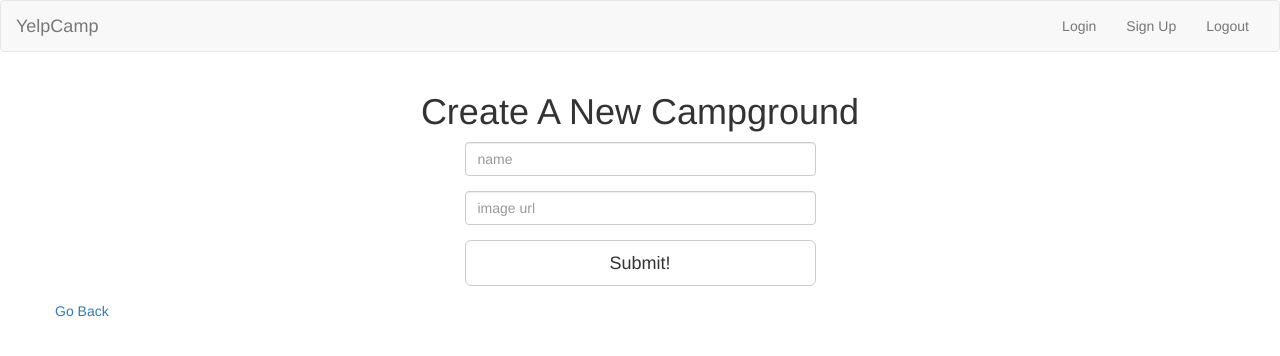
Repository: demioke/web-development-bootcamp
Page: http://localhost/campgrounds/new
The author's editor kept a record of every edit. The page is drawn from the files as they stood at one moment, then again after the next edit.
The browser window is 1280 px wide. The pictures show the whole page.
The page is served by the project's Node server (YelpCamp/v1/app.js).

Above is the page before.

### YelpCamp/v1/views/new.ejs
<% include partials/header %>

<div class="container">
    <div class="row">
        <h1 style="text-align: center;">Create A New Campground</h1>
        <div style="width: 30%; margin: 0 auto;">
            <form action="/campgrounds" method="POST">
                <div class="form-group"> <!--Groups forms but gives us space between each line-->
                    <input class="form-control" type="text" name="name" placeholder="name">
                </div>
                <div class="form-group"> <!--Groups forms but gives us space between each line-->
                    <input class="form-control" type="text" name="image" placeholder="image url">
                </div>
                <div class="form-group"> <!--Groups forms but gives us space between each line-->
                    <button class="btn btn-lg btn-default btn-block">Submit!</button>
                </div>
            </form>
        </div>

        <a href="/campgrounds">Go Back</a>
    </div>
</div>


<% include partials/footer %>

### YelpCamp/v1/views/partials/header.ejs
<!DOCTYPE html>
<html>
    <head>
        <title>YelpCamp</title>
        <link rel="stylesheet" href="https://stackpath.bootstrapcdn.com/bootstrap/3.3.5/css/bootstrap.min.css">
    </head>
    <body>

    <nav class="navbar navbar-default">
        <div class="container-fluid">
            <div class="navbar-header">
                <a class="navbar-brand" href="/">YelpCamp</a>
            </div>
            <div class="collapse navbar-collapse">
                <ul class="nav navbar-nav navbar-right">
                    <li><a href="/">Login</a></li>
                    <li><a href="/">Sign Up</a></li>
                    <li><a href="/">Logout</a></li>
                </ul>
            </div>
        </div>
    </nav>

### YelpCamp/v1/views/partials/footer.ejs
     </body>
</html>

### YelpCamp/v1/app.js
var express = require("express");
var app = express();
var bodyParser = require("body-parser");

app.use(bodyParser.urlencoded({extended: true}));
app.set("view engine", "ejs");

var campgrounds = [
        {name: "Salmon Creek", image:"https://farm9.staticflickr.com/8041/7930201874_6c17ed670a.jpg"},
        {name: "Granite Hill", image:"https://farm8.staticflickr.com/7205/7121863467_eb0aa64193.jpg"},
        {name: "Mountain Goat's Rest", image:"https://pixabay.com/get/e83db50929f0033ed1584d05fb1d4e97e07ee3d21cac104497f9c67eafe4b1be_340.jpg"}
];

app.get("/", function(req, res) {
    res.render("landing");
});

app.get("/campgrounds", function(req, res) {
    res.render("campgrounds", {campgrounds: campgrounds});
});

app.post("/campgrounds", function(req, res) {
    //get data from form and add to campgrounds array
    var name = req.body.name;  //body-parser allows us to obtain the body req as an object. ".name" is the name attr in form on new.ejs
    var image = req.body.image;
    var newCampground = {name: name, image: image}; //creating new campground object
    campgrounds.push(newCampground); //adding new campground to campgrounds array
    //redirect back to campgrounds page
    res.redirect("/campgrounds"); //redirects as get request
});

app.get("/campgrounds/new", function(req, res) {
    res.render("new.ejs"); //form for adding new campgrounds
});




app.listen(process.env.PORT, process.env.IP, function() {
    console.log("The YelpCamp Server has started");
});

After the next edit:
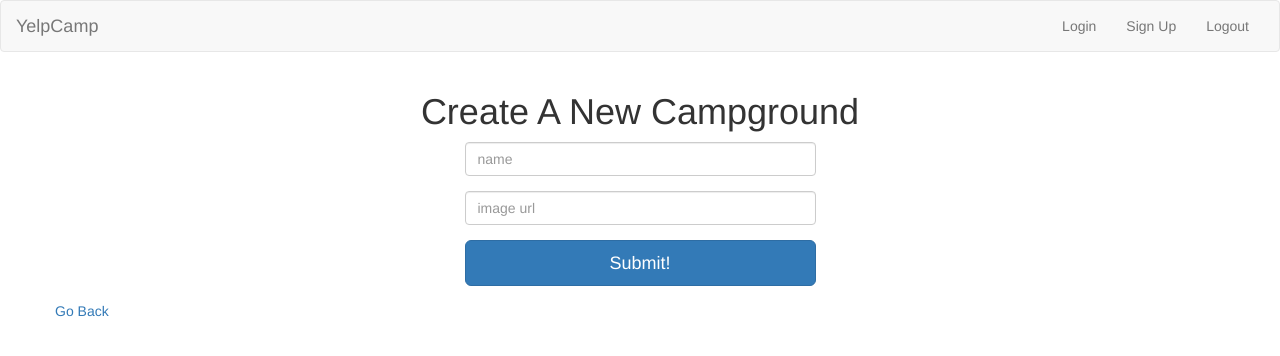
The edit:
--- a/YelpCamp/v1/views/new.ejs
+++ b/YelpCamp/v1/views/new.ejs
@@ -12,7 +12,7 @@
                     <input class="form-control" type="text" name="image" placeholder="image url">
                 </div>
                 <div class="form-group"> <!--Groups forms but gives us space between each line-->
-                    <button class="btn btn-lg btn-default btn-block">Submit!</button>
+                    <button class="btn btn-lg btn-primary btn-block">Submit!</button>
                 </div>
             </form>
         </div>
